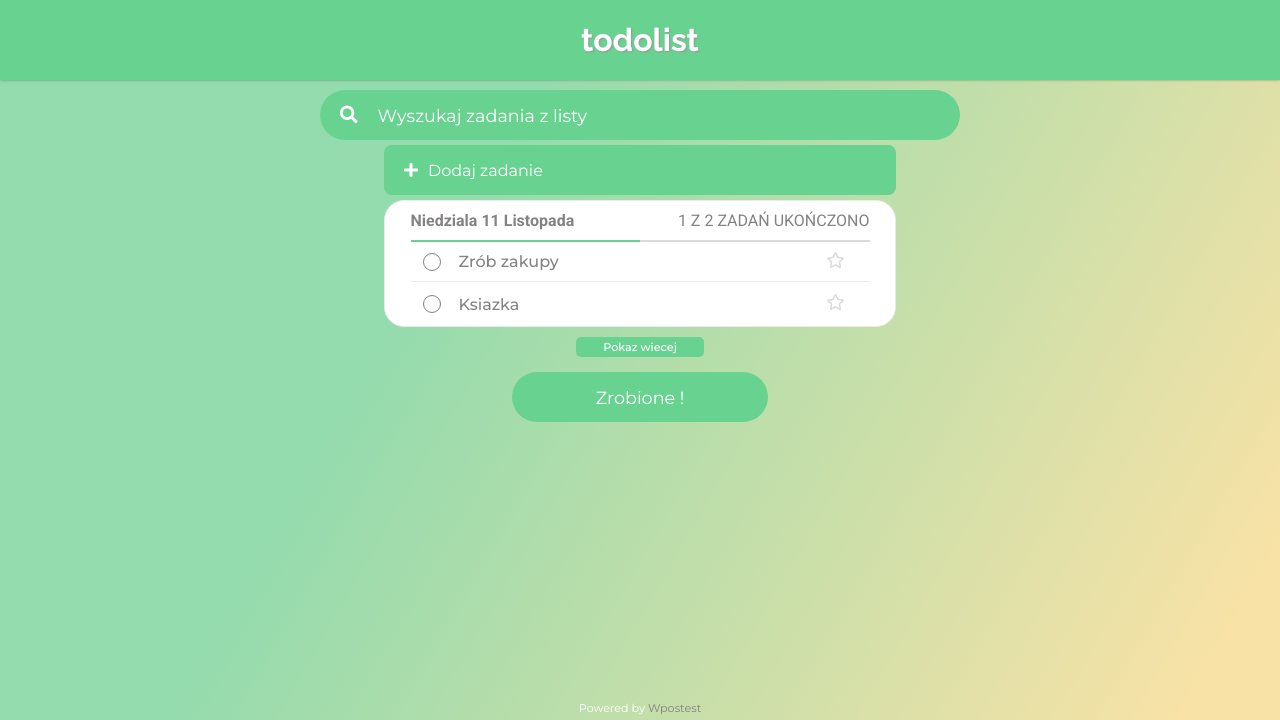
Repository: Wpostest/todolist
Page: src/index.html
These files come from the project's save history. The page is drawn as it stood at one moment and after a run of saves; the edit follows.
The browser window is 1280 px wide. The pictures show the whole page.
Some web libraries are served in a nearby version. The style sheet was rebuilt from its Sass, Less or Tailwind sources for each picture, by a compiler version that may differ from the author's.

Above is the page before, as saved 2020-01-29 16:09:05.

After the next 2 saves:
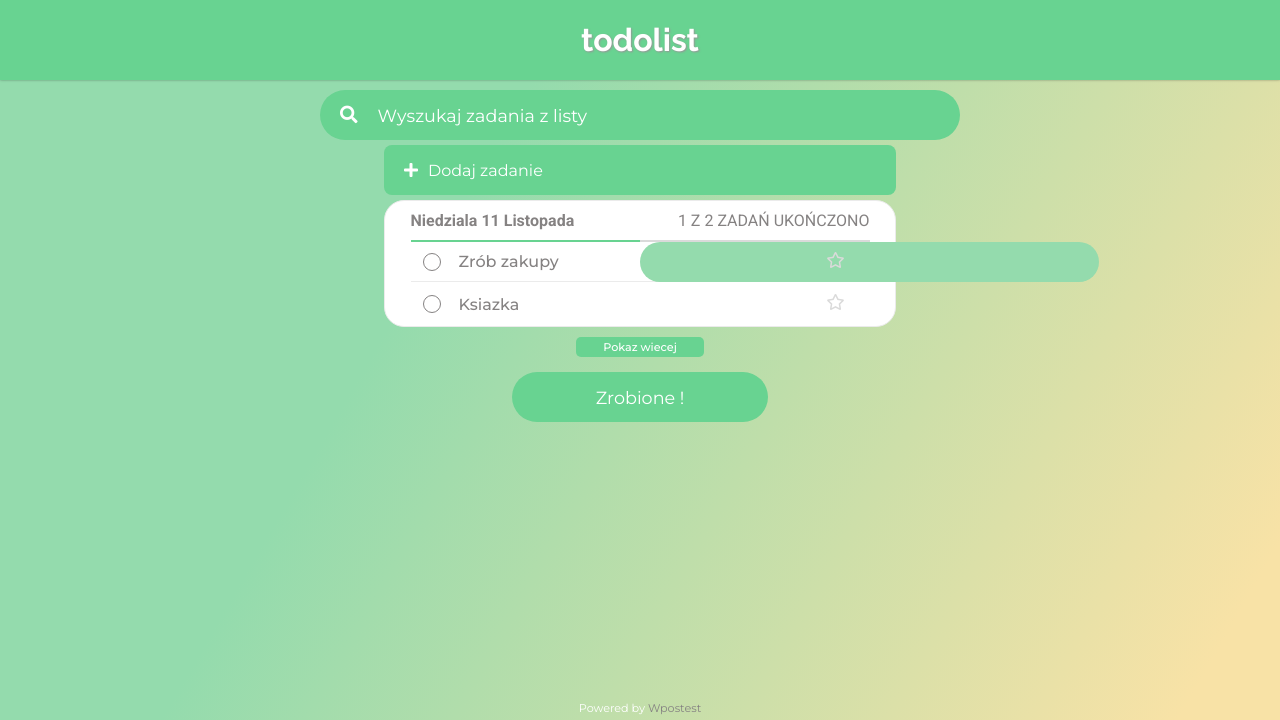
The 2 saves are shown as one change because they came seconds apart.
The last was saved 6 s later.
--- a/src/sass/components/checkboxes/checkbox_done.scss
+++ b/src/sass/components/checkboxes/checkbox_done.scss
@@ -57,10 +57,10 @@
     top: 0px;
     left: 50%;
     height: inherit;
-    //width: 100%;
+    width: 100%;
     background: $background_secoundary;
     border-radius: 20px;
     transition: transform .3s, opacity .2s;
     z-index: 0;
-    opacity: 0;
+    opacity: 1;
 }
